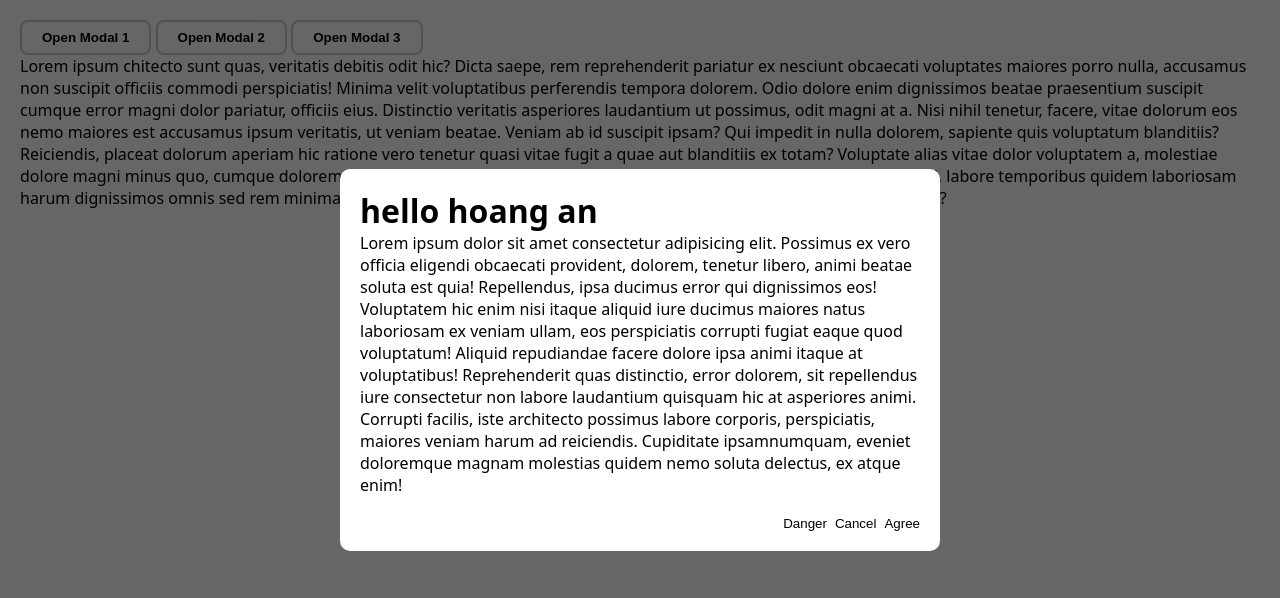
Repository: hoangan3526/Javascript-project
Page: index.html
The author's editor kept a copy of each file at every save. The page is drawn from the files as they stood at one save, then again after the next save.
The browser window is 1280 px wide. The pictures show the whole page.

Above is the page before, as saved 2026-05-05 22:22:46.

After the next save:
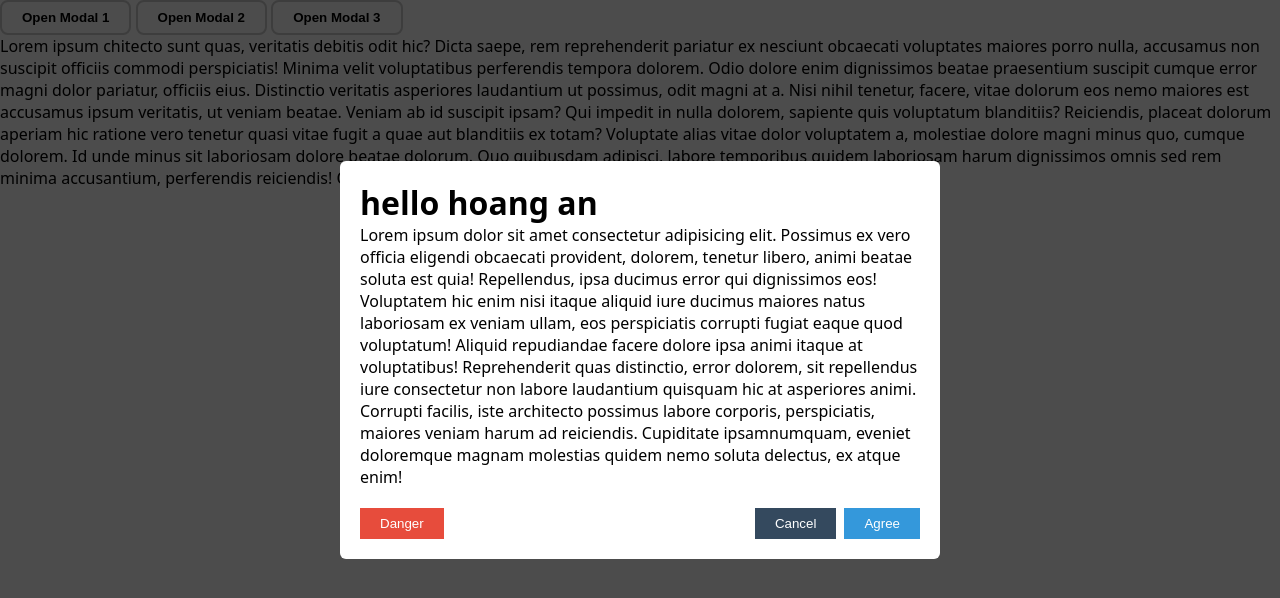
Saved 25 s later.
--- a/style.css
+++ b/style.css
@@ -14,8 +14,12 @@ body {
         Roboto, Oxygen, Ubuntu, Cantarell, "Open Sans", "Helvetica Neue",
         sans-serif;
 }
-main {
-    margin: 20px;
+
+button {
+    border: none;
+    outline: none;
+    background: transparent;
+    cursor: pointer;
 }
 
 .btn {
@@ -24,11 +28,26 @@ main {
     padding: 8px 20px;
     font-weight: 600;
 }
-button {
-    border: none;
-    outline: none;
-    background: transparent;
-    cursor: pointer;
+
+header,
+article {
+    width: min(740px, 90%);
+    margin: 20px auto 0;
+}
+
+header {
+    position: sticky;
+    top: 0;
+    padding: 20px 0;
+    background: #fff;
+}
+
+article p {
+    margin: 10px 0;
+}
+
+article img {
+    max-width: 100%;
 }
 
 .modal-backdrop {
@@ -37,7 +56,7 @@ button {
     display: flex;
     align-items: center;
     justify-content: center;
-    background: rgba(0, 0, 0, 0.6);
+    background: rgba(0, 0, 0, 0.7);
     opacity: 0;
     visibility: hidden;
     transition: opacity, visibility;
@@ -57,7 +76,7 @@ button {
     position: relative;
     width: min(600px, 90%);
     padding: 20px 20px 0;
-    border-radius: 10px;
+    border-radius: 6px;
     background: #fff;
     transform: scale(0);
     transition: transform 0.3s;
@@ -83,18 +102,32 @@ button {
     max-height: 80vh;
     overflow-y: auto;
 }
+
 .modal-footer {
     display: flex;
     justify-content: flex-end;
+    gap: 8px;
     padding: 20px 0;
-    gap : 8px ;
 }
-.no-scroll{
+
+.modal-btn {
+    padding: 8px 20px;
+    color: #fff;
+    background: #34495e;
+}
+
+.modal-btn.primary {
+    background: #3498db;
+}
+
+.modal-btn.danger {
+    background: #e74c3c;
+}
+
+.modal-btn.pull-left {
+    margin-right: auto;
+}
+
+.no-scroll {
     overflow: hidden;
 }
-.btn.primary {
-    background-color: aqua;
-}
-.btn.change {
-    margin-right:auto ;
-}
